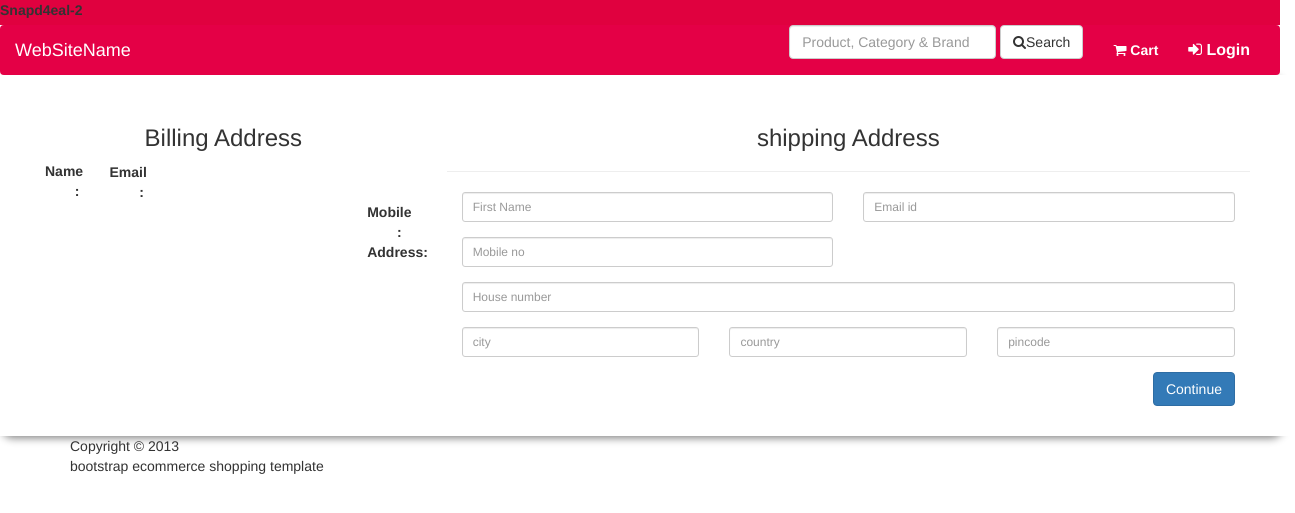
Repository: Aryans26/project
Page: http://localhost/frontend/WEB-INF/views/addressorder.jsp
The author's editor kept a copy of each file at every save. The page is drawn from the files as they stood at one save, then again after the next save.
The browser window is 1280 px wide. The page is 1295 px wide, so the pictures cover 1295 px, including what lies to the right of the window. The pictures show the whole page.
Some web libraries are served in a nearby version. The page is served by Tomcat 9. Nobody is signed in. The template is opened directly, without the code that normally fills it, so the values that code supplies are empty.

Above is the page before, as saved 2017-06-21 09:24:43.

After the next save:
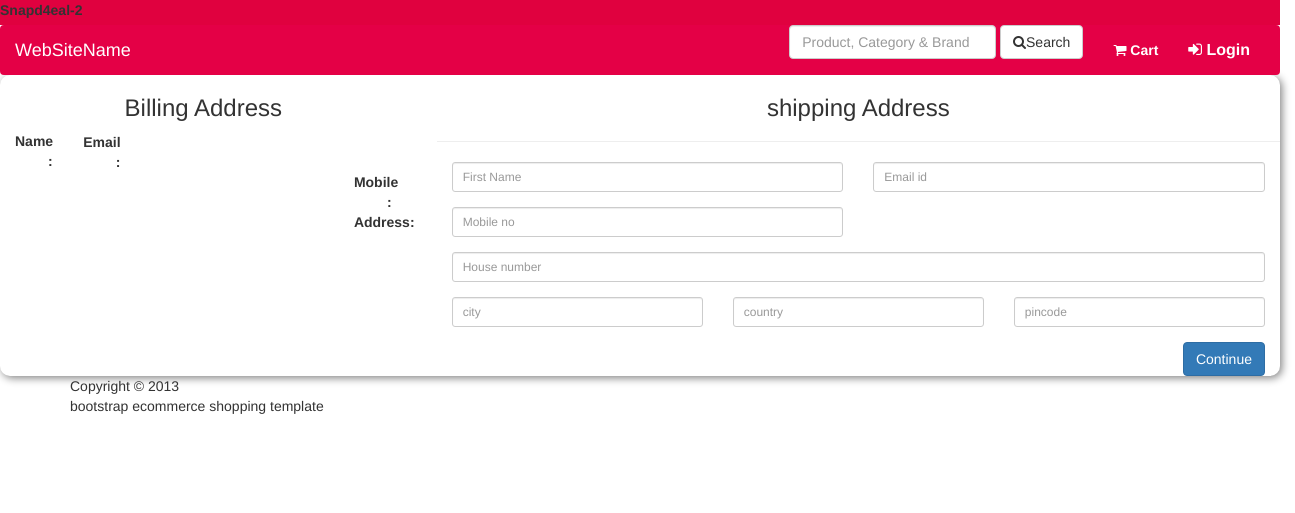
Saved 25 s later.
--- a/frontend/src/main/webapp/WEB-INF/views/addressorder.jsp
+++ b/frontend/src/main/webapp/WEB-INF/views/addressorder.jsp
@@ -19,8 +19,7 @@
 	<%@include file="navbar.jsp"%>
 	<div class="Container box-shadow border-radius">
 
-	<div class="row"
-	style="background: #fff; padding: 30px;">
+	<div class="row">
 
 	<div class="col-md-4 col-sm-4 col-xs-12 billing-add">
 		<h3 class="text-center">Billing Address</h3>
